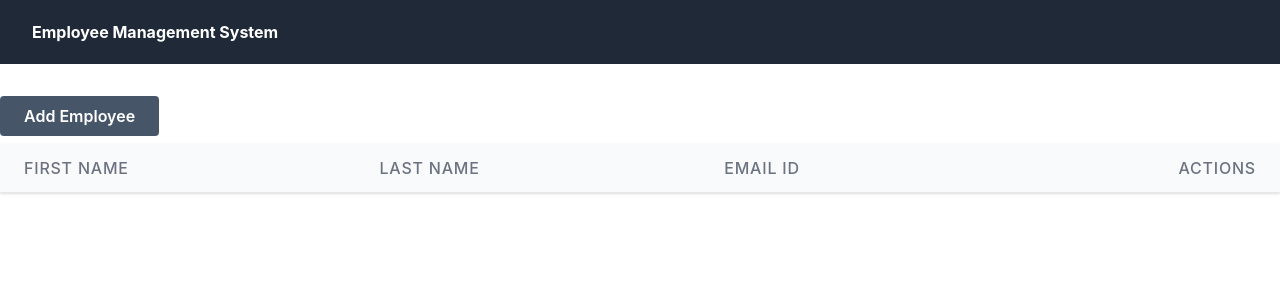
Repository: Atanu484/Full-Stack-Employee-Management-System
Page: / (app in employee-system-frontend/)
The author's editor kept a copy of each file at every save. The page is drawn from the files as they stood at one save, then again after the next save.
The browser window is 1280 px wide. The pictures show the whole page.
The project was rebuilt for these pictures with package versions that can differ from the ones it lists, and the page was loaded fresh each time. Also part of the build but not shown: employee-system-frontend/src/App.css, employee-system-frontend/src/services/EmployeeService.js, employee-system-frontend/src/components/AddEmployee.js.

Above is the page before, as saved 2022-08-15 02:14:22.

### employee-system-frontend/src/App.js

import { BrowserRouter, Routes, Route } from 'react-router-dom';
import './App.css';
import AddEmployee from './components/AddEmployee';
import EmployeeList from './components/EmployeeList';
import NavBar from './components/NavBar';

function App() {
  return (
    <>
      <BrowserRouter>
        <NavBar />
        <Routes>
          <Route path="/" element={<EmployeeList />}></Route>
          <Route path="/employeeList" element={<EmployeeList />}></Route>
          <Route path="/addEmployee" element={<AddEmployee />}></Route>
        </Routes>
      </BrowserRouter>
    </>
  );
}

export default App;

### employee-system-frontend/src/components/EmployeeList.js

import React from 'react';
const EmployeeList = () => {
    return (
        <div className="container mx-auto my-8">
            <div className="h-12">
                <button
                    className="rounded bg-slate-600 text-white px-6 py-2 font-semibold">
                    Add Employee
                </button>
            </div>
            <div className="flex shadow border-b">
                <table className="min-w-full">
                    <thead className="bg-gray-50">
                        <tr>
                            <th className="text-left font-medium text-gray-500 uppercase tracking-wider py-3 px-6">
                                First Name
                            </th>
                            <th className="text-left font-medium text-gray-500 uppercase tracking-wider py-3 px-6">
                                Last Name
                            </th>
                            <th className="text-left font-medium text-gray-500 uppercase tracking-wider py-3 px-6">
                                Email ID
                            </th>
                            <th className="text-right font-medium text-gray-500 uppercase tracking-wider py-3 px-6">
                                Actions
                            </th>
                        </tr>
                    </thead>

                </table>
            </div>
        </div>
    );
};

export default EmployeeList;

### employee-system-frontend/src/components/NavBar.js
import React from "react";

const Navbar = () => {
    return (
        <div className="bg-gray-800">
            <div className="h-16 px-8 flex items-center">
                <p className="text-white font-bold">Employee Management System</p>
            </div>
        </div>
    );
};

export default Navbar;

Loaded but not shown: employee-system-frontend/public/index.html (common file); employee-system-frontend/src/index.js (common file); employee-system-frontend/src/index.css (common file); employee-system-frontend/tailwind.config.js (common file)

After the next save:
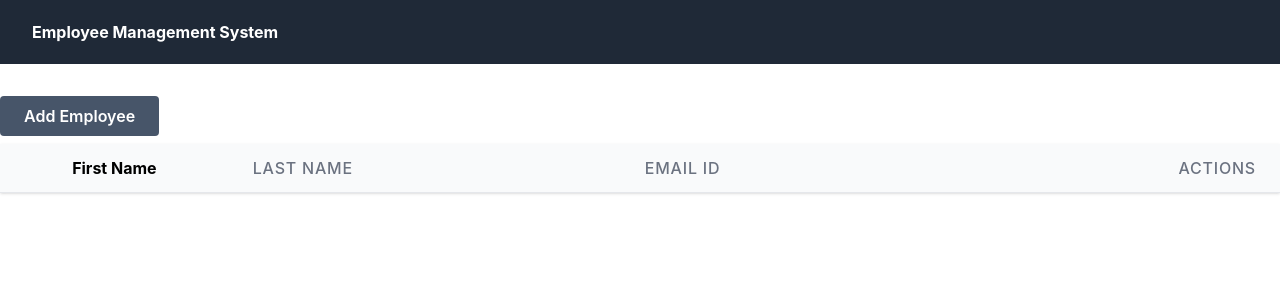
Saved 33 s later.
--- a/employee-system-frontend/src/components/EmployeeList.js
+++ b/employee-system-frontend/src/components/EmployeeList.js
@@ -13,7 +13,7 @@ const EmployeeList = () => {
                 <table className="min-w-full">
                     <thead className="bg-gray-50">
                         <tr>
-                            <th className="text-left font-medium text-gray-500 uppercase tracking-wider py-3 px-6">
+                            <th>
                                 First Name
                             </th>
                             <th className="text-left font-medium text-gray-500 uppercase tracking-wider py-3 px-6">
